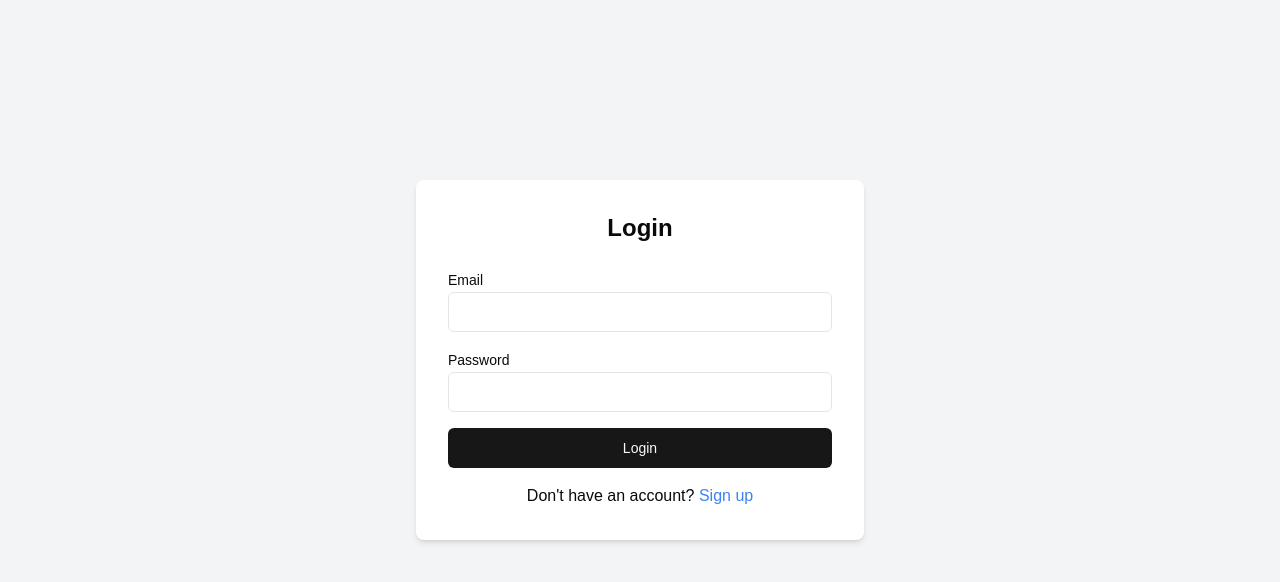
Repository: swapnil-panigrahi/annotator-group
Page: /login
These files come from the project's save history. The page is drawn as it stood at one moment and after the next save; the edit follows.
The browser window is 1280 px wide. The pictures show the whole page.
The project was rebuilt for these pictures with package versions that can differ from the ones it lists, and the page was loaded fresh each time. The framework's server and built-in components were replaced by stand-ins that run in the browser. Also part of the build but not shown: next.config.mjs.

Above is the page before, as saved 2025-02-07 23:49:03.

After the next save:
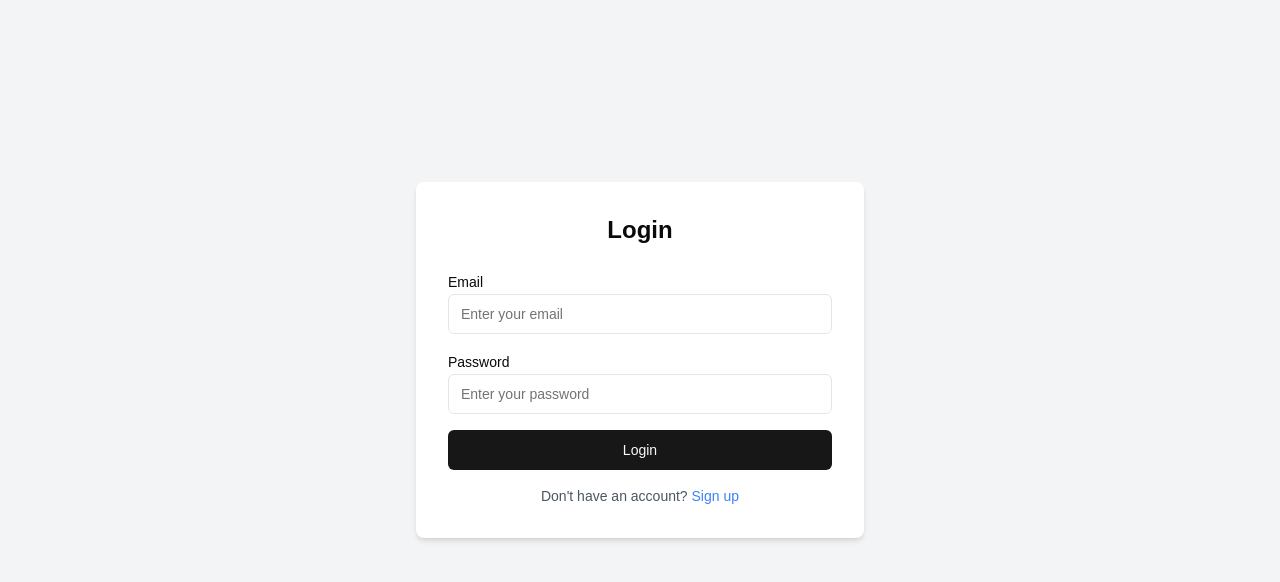
Saved 74 s later.
--- a/app/login/page.tsx
+++ b/app/login/page.tsx
@@ -6,28 +6,41 @@ import Link from "next/link"
 import { Button } from "@/components/ui/button"
 import { Input } from "@/components/ui/input"
 import { Label } from "@/components/ui/label"
-import { login } from "@/app/actions/auth"
 
 export default function LoginPage() {
   const [email, setEmail] = useState("")
   const [password, setPassword] = useState("")
   const [error, setError] = useState("")
+  const [loading, setLoading] = useState(false)
   const router = useRouter()
 
   const handleSubmit = async (e: React.FormEvent) => {
     e.preventDefault()
     setError("")
+    setLoading(true)
 
     try {
-      const result = await login(email, password)
-      if (result.success) {
-        router.push("/annotate")
-      } else {
-        setError(result.error || "Login failed. Please try again.")
+      const res = await fetch("/api/auth/login", {
+        method: "POST",
+        headers: {
+          "Content-Type": "application/json",
+        },
+        body: JSON.stringify({ email, password }),
+      })
+
+      const data = await res.json()
+
+      if (!res.ok) {
+        throw new Error(data.error || "Login failed")
       }
+
+      // Successful login
+      router.push("/annotate")
+      router.refresh() // Refresh to update auth state
     } catch (err) {
-      console.error("Login error:", err)
-      setError("An unexpected error occurred. Please try again.")
+      setError(err instanceof Error ? err.message : "An unexpected error occurred")
+    } finally {
+      setLoading(false)
     }
   }
 
@@ -39,7 +52,16 @@ export default function LoginPage() {
         <form onSubmit={handleSubmit} className="space-y-4">
           <div>
             <Label htmlFor="email">Email</Label>
-            <Input id="email" type="email" value={email} onChange={(e) => setEmail(e.target.value)} required />
+            <Input
+              id="email"
+              type="email"
+              value={email}
+              onChange={(e) => setEmail(e.target.value)}
+              required
+              disabled={loading}
+              placeholder="Enter your email"
+              className="w-full"
+            />
           </div>
           <div>
             <Label htmlFor="password">Password</Label>
@@ -49,15 +71,25 @@ export default function LoginPage() {
               value={password}
               onChange={(e) => setPassword(e.target.value)}
               required
+              disabled={loading}
+              placeholder="Enter your password"
+              className="w-full"
             />
           </div>
-          <Button type="submit" className="w-full">
-            Login
+          <Button
+            type="submit"
+            className="w-full"
+            disabled={loading}
+          >
+            {loading ? "Logging in..." : "Login"}
           </Button>
         </form>
-        <p className="mt-4 text-center">
+        <p className="mt-4 text-center text-sm text-gray-600">
           Don't have an account?{" "}
-          <Link href="/signup" className="text-blue-500 hover:underline">
+          <Link
+            href="/signup"
+            className="text-blue-500 hover:text-blue-600 hover:underline"
+          >
             Sign up
           </Link>
         </p>
